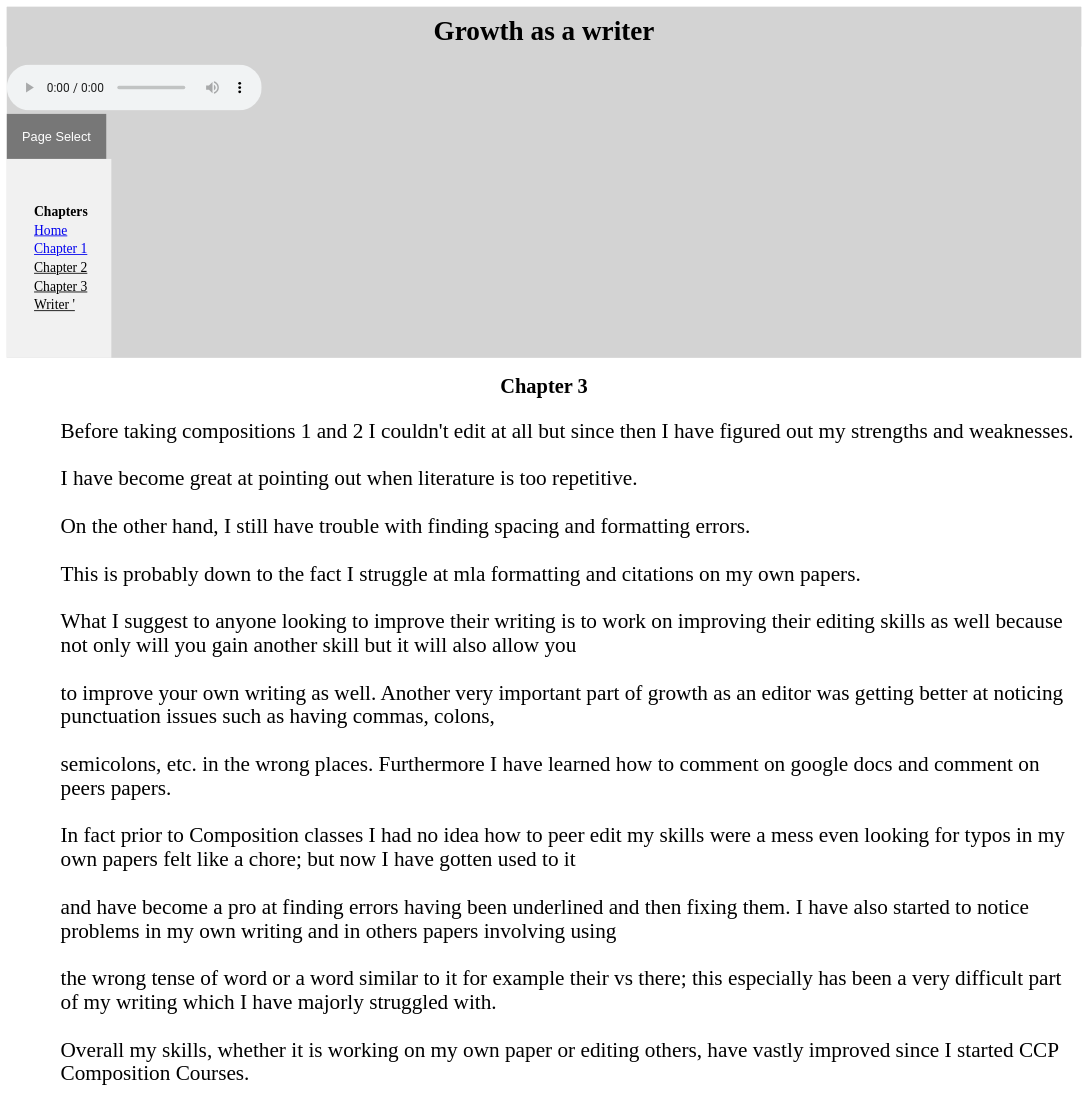
Repository: jpaisiem/WP-4
Page: WritersMemo.html
An editor plug-in stored every save of this project. The page is shown before and after the next save, followed by the edit.
The browser window is 1280 px wide. The pictures show the whole page, at 85% of full size.

Above is the page before, as saved 2025-05-01 11:58:36.
Console error: TypeError: Cannot read properties of undefined (reading 'toggle')

### WritersMemo.html
<!DOCTYPE html>
<html>
<head>
<meta name="viewport" content="width=device-width, initial-scale=1">
<style>
.collapsible {
  background-color: #777;
  color: white;
  cursor: pointer;
  padding: 18px;
  width: fit-content;
  border: none;
  text-align: left;
  outline: none;
  font-size: 15px;
}

.active, .collapsible:hover {
  background-color: #555;
}

.content {
  display: flex;
  flex-direction: column;
  overflow: hidden;
  background-color: #f1f1f1;
  width: fit-content;
  height: fit-content;
  padding-left: 2.3%;
  padding-right: 2%;
}
p
{
 font-size: 25px;
 text-align: left;
 margin-left: 5%;
}
</style>
<title>Growth as a writer - Chapter 3</title>
</head>
<body>
    <div style="background-color: lightgray; display: flex; flex-direction: column; margin-top: 0%;">
        <h1 style="text-align: center; background-color: lightgray; padding-top: 10px; margin-top: 0%;">Growth as a writer</h1>
        <div style="align-items: center;">
        <audio controls>
            <source src="audio.mp3" type="audio/mpeg">
        </audio>
        </div>
<button type="button" class="collapsible">Page Select</button>
<div class="content">
  <p><table>
    <tr>
        <th>Chapters</th>
    </tr>
    <tr>
        <td><a href="index.html">Home</a></td>
    </tr>
    <tr>
        <td><a href="Chapter1.html">Chapter 1</a></td>
    </tr>
     <tr>
        <td><a href="Chapter2.html" style="color: black;">Chapter 2</a></td>
    </tr>
    <tr>
        <td><a href="Chapter3.html" style="color: black;">Chapter 3</a></td>
    </tr>
    <tr>
        <td><a href="WritersMemo.html" style="color: black;">Writer &apos;</a></td>
    </tr>
  </table></p>
</div>
    </div>
<div style="text-align: center;">
     <h2 style="text-align: center;">Chapter 3</h2>
     <p>
       Before taking  compositions 1 and 2 I couldn't edit at all but since then I have figured out my strengths and weaknesses. <br><br>
       I have become great at pointing out when literature is too repetitive. <br><br>
       On the other hand, I still have trouble with finding spacing and formatting errors. <br><br>
       This is probably down to the fact I struggle at mla formatting and citations on my own papers. <br><br>
       What I suggest to anyone looking to improve their writing is to work on improving their editing skills as well because not only will you gain another skill but it will also allow you
       <br><br> to improve your own writing as well. Another very important part of growth as an editor was getting better at noticing punctuation issues such as having commas, colons, <br><br>
        semicolons, etc. in the wrong places. Furthermore I have learned how to comment on google docs and comment on peers papers. <br><br>
        In fact prior to Composition classes I had no idea how to peer edit my skills were a mess even looking for typos in my own papers felt like a chore; but now I have gotten used to it <br><br>
        and have become a pro at finding errors having been underlined and then fixing them. I have also started to notice problems in my own writing and  in others  papers involving using <br><br>
        the wrong tense of word or a word similar to it for example their  vs there; this especially has been a very difficult part of my writing which I have majorly struggled with.
        <br><br> Overall my skills, whether it is working on my own paper or editing others, have vastly improved since I started CCP Composition Courses.
</p>
</div>
<script>
var coll = document.getElementsByClassName("collapsible");
var i;

for (i = 0; i < coll.length; i++) {
  coll[i].addEventListener("click", function() {
    this.classList.toggle("active");
    var content = this.nextElementSibling;
    if (content.style.display === "block") {
      content.style.display = "none";
    } else {
      content.style.display = "block";
    }
  });
}
if(location.reload){
    this.classList.toggle("collapsible");
}
</script>

</body>
</html>

After the next save:
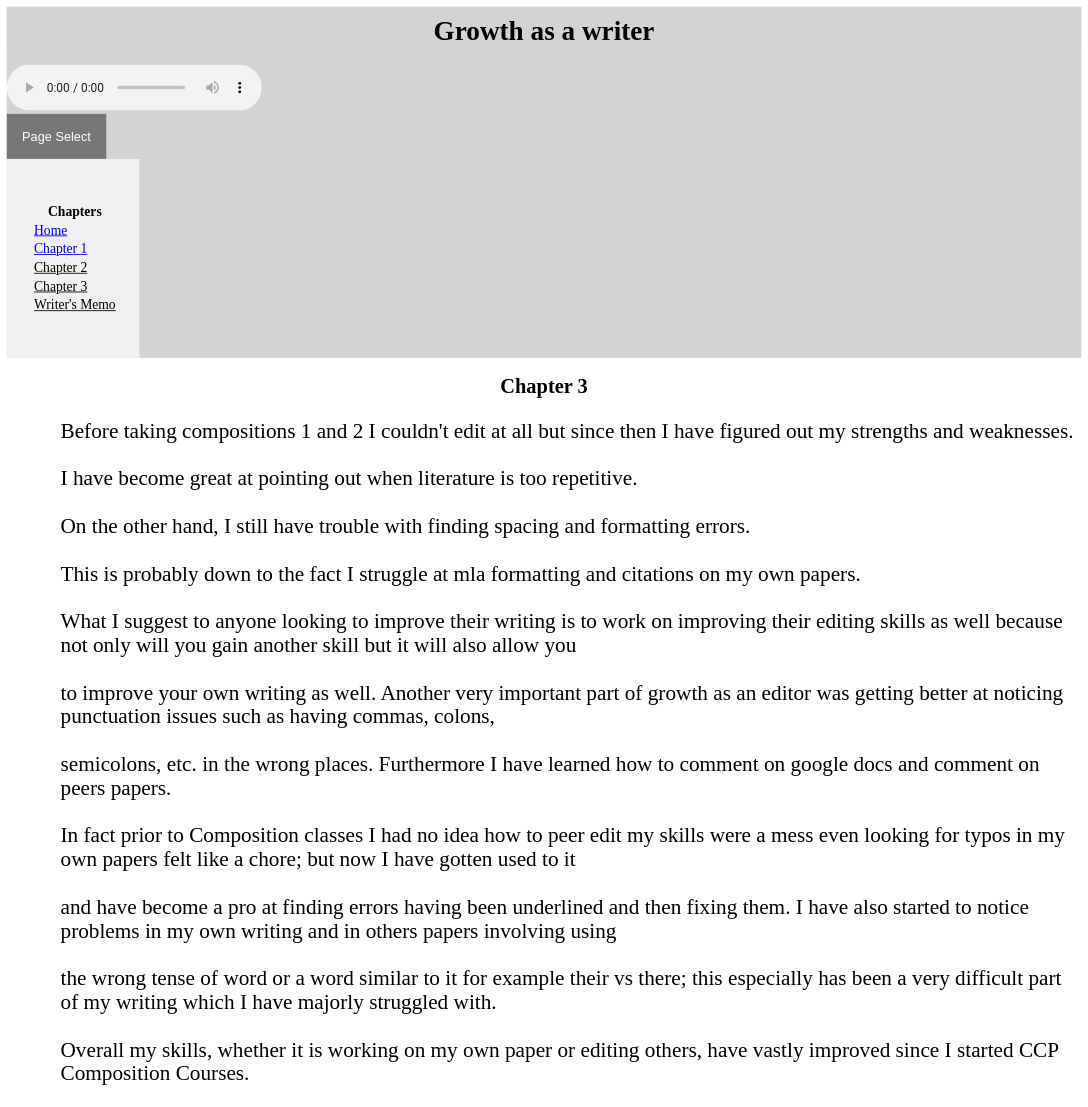
Saved 6 s later.
--- a/WritersMemo.html
+++ b/WritersMemo.html
@@ -65,7 +65,7 @@ p
         <td><a href="Chapter3.html" style="color: black;">Chapter 3</a></td>
     </tr>
     <tr>
-        <td><a href="WritersMemo.html" style="color: black;">Writer &apos;</a></td>
+        <td><a href="WritersMemo.html" style="color: black;">Writer&apos;s Memo</a></td>
     </tr>
   </table></p>
 </div>
